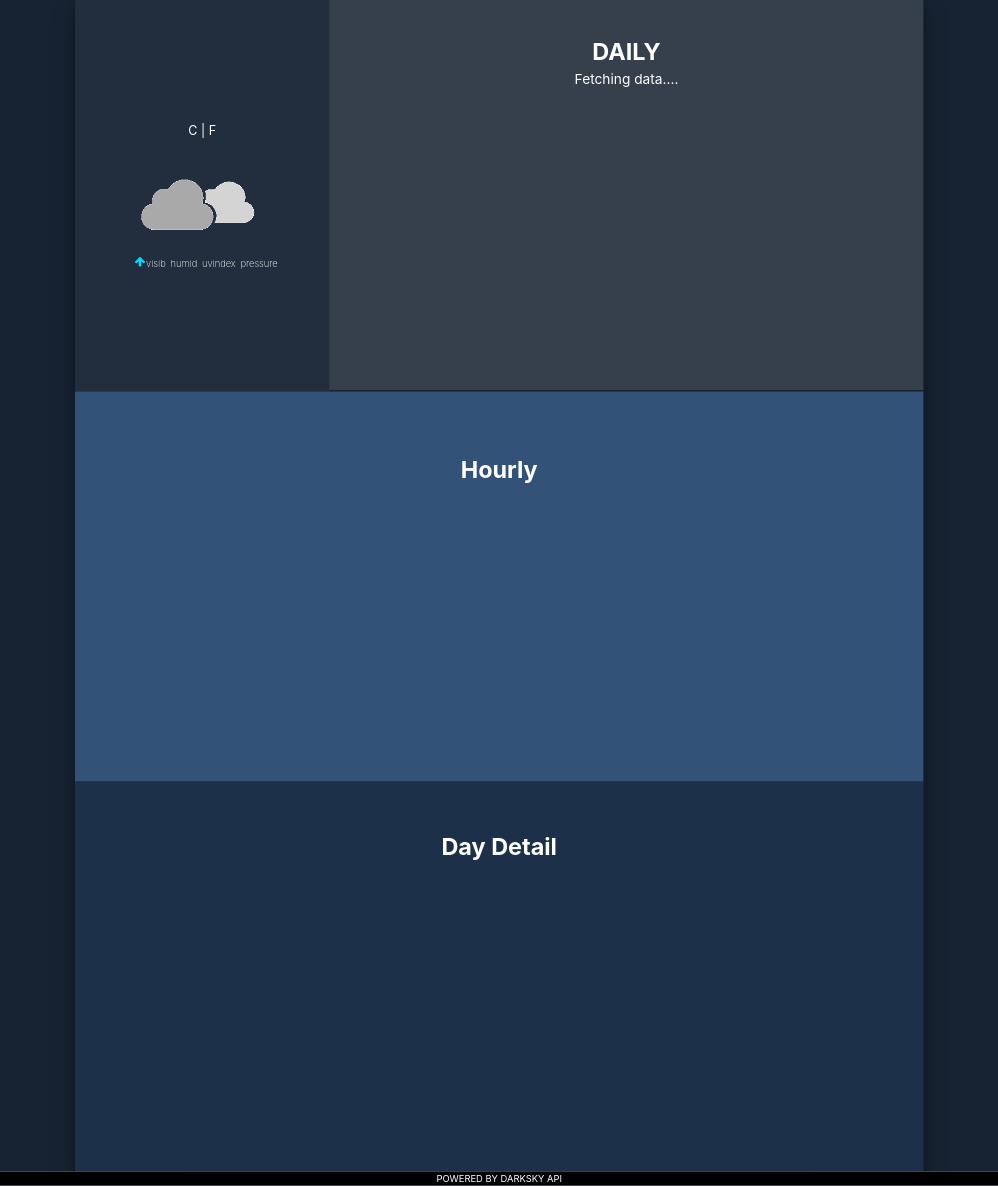
Repository: DOODpls/assignment3_weather
Page: index.html
These files come from the project's save history. The page is drawn as it stood at one moment and after the next save; the edit follows.
The browser window is 1280 px wide. The pictures show the whole page, at 78% of full size.
Some web fonts or font styles are not loaded; a fallback is used. Some web libraries are served in a nearby version.

Above is the page before, as saved 2020-01-07 19:20:52.

### index.html
<!DOCTYPE html>
<html lang="en">
    <head>
        <meta charset="UTF-8" />
        <meta name="viewport" content="width=device-width, initial-scale=1.0" />
        <meta http-equiv="X-UA-Compatible" content="ie=edge" />
        <script src="https://ajax.googleapis.com/ajax/libs/jquery/1/jquery.min.js" type="text/javascript"></script>
        <script src="https://ajax.googleapis.com/ajax/libs/jqueryui/1.10.3/jquery-ui.min.js"></script>
        <title>The Weathering</title>
        <link rel="shortcut icon" href="./icons/favicon.ico" />
        <link
            rel="stylesheet"
            href="https://cdnjs.cloudflare.com/ajax/libs/bulma/0.7.5/css/bulma.min.css"
            integrity="sha256-vK3UTo/8wHbaUn+dTQD0X6dzidqc5l7gczvH+Bnowwk="
            crossorigin="anonymous"
        />
        <link
            rel="stylesheet"
            href="https://cdnjs.cloudflare.com/ajax/libs/open-iconic/1.1.1/font/css/open-iconic.min.css"
            integrity="sha256-CfN2r6i/dqkUHVRqpBzO3w21SnIWalwGfj5ScBPVzmI="
            crossorigin="anonymous"
        />
        <link rel="stylesheet" href="styles.css" />
    </head>
    <body>
        <div class="page">
            <div class="main-container">
                <div class="today-container">
                    <div class="today-stage">
                      <form action="" method="post" name="form_citydetails" id="form_citydetails" enctype="multipart/form-data" onsubmit="return false;">
                        <input class="ff_elem city-text" type="text" name="ff_nm_from[]" value="" id="f_elem_city" placeholder="Type City" onkeydown="search(this)"/>
                        </form>
                      <div class="unitswitcher">
                        <div class="celcius" id='cell'>C</div>
                        <br>
                        <p>&nbsp;|&nbsp;</p>
                        <div class="farenheight" id="farr">F</div>
                      </div>
                        <div class="info-holder">
                          <div class="preload"></div>
                          <canvas id="icon0" width="150" height="150"></canvas>
                          <p class="city"></p>
                          <p class="today-temp"></p>
                          <p class="today-description"></p>
                          <p class="today-minmax"></p>
                          <div class="sub-info">
                          <p class="app-temp"></p>
                          <div class="wind-holder">
                            <p class="wind-speed"></p>
                            <div class="wind-direction"></div>
                          </div>
                          <p class="visibility">visib</p>
                          <p class="humidity">humid</p>
                          <p class="uvindex">uvindex</p>
                          <p class="pressure">pressure</p>
                          </div>
                        </div>
                    </div>
                </div>

                <div class="week-container">
                  <p class="daily-title">DAILY</p>
                  <p class="week-summary">Fetching data....</p>
                  <div class="week-stage" id="week-stages">
                  </div>
                </div>
                <div class="hourly-container">
                  <p class="daily-title">Hourly</p>
                  <div class="hourly-row"></div>
                </div>
                <div class="day-details">
                  <div class="titlebar">
                    <p class="daily-title">Day Detail</p>
                    <p class="day-summ"></p>
                  </div>
                  <div class="summary-flex">
                  <div class="melovesomeclouds">
                    <p class="habanero"></p> <!-- have to name it like this bc for some readon uvindex(whatever) wont work  -->
                    <p class="cloud-cover"></p>
                  </div>

                  <div class="sunny">
                    <p class="sunrise"></p>
                    <p class="sunset"></p>
                  </div>

                  <div class="airwater">
                    <p class="humidity2"></p>
                    <p class="dew-point"></p>
                  </div>

                  <div class="wind">
                    <p class="ave-windspeed"></p>
                    <p class="ave-windgust"></p>
                  </div>
                </div>
                </div>
            </div>
        </div>
        <footer class="foooterrr">
          <a href="https://darksky.net/dev">POWERED BY DARKSKY API</a>
        </footer>
        <script src="./skycons.js"></script>
        <script src="./app.js"></script>
    </body>
</html>

### styles.css

.page {
  display: flex;
  color: white;
  justify-content: center;
  flex-wrap: wrap;
  background-color: #172332;
  width: 100%;
  height: 100%;
  overflow: hidden;
}
.main-container {
  height: 100%;
  width: 85vw;
  overflow-y: hidden;
  box-sizing: content-box;
  display: flex;
  justify-content: flex-start;
  flex-wrap: wrap;
  box-shadow: 0 14px 28px rgba(0, 0, 0, 0.25), 0 10px 10px rgba(0, 0, 0, 0.22);
}
.today-container {
  flex: 30%;
  display: flex;
  height: 502px;
  background: #222e3e;
  justify-content: center;
  align-items: center;
  overflow: hidden;
}
.unitswitcher{
  color: white;
  display: flex;
  justify-content: center;
}
.celcius, .farenheight{
  text-decoration: none;
  color: white;
}
.celcius:hover, .farenheight:hover{
  color: rgb(161, 161, 161);
}
.ui-helper-hidden-accessible{
  visibility: hidden;
  position: absolute;
}


.ui-autocomplete {
  position: absolute;
  top: 100%;
  left: 0;
  z-index: 1000;
  float: left;
  display: none;
  min-width: 160px;
  padding: 4px 0;
  margin: 0 0 10px 25px;
  list-style: none;
  background-color: #36404d;
  border-color: #ccc;
  border-color: rgba(0, 0, 0, 0.2);
  border-style: solid;
  border-width: 1px;
  -webkit-border-radius: 5px;
  -moz-border-radius: 5px;
  border-radius: 5px;
  -webkit-box-shadow: 0 5px 10px rgba(0, 0, 0, 0.2);
  -moz-box-shadow: 0 5px 10px rgba(0, 0, 0, 0.2);
  box-shadow: 0 5px 10px rgba(0, 0, 0, 0.2);
  -webkit-background-clip: padding-box;
  -moz-background-clip: padding;
  background-clip: padding-box;
  *border-right-width: 2px;
  *border-bottom-width: 2px;
}

.ui-menu-item > a.ui-corner-all {
  display: block;
  padding: 3px 15px;
  clear: both;
  font-weight: normal;
  line-height: 18px;
  color: #ffffff;
  white-space: nowrap;
  text-decoration: none;
}

.ui-state-hover, .ui-state-active {
  color: #ffffff;
  text-decoration: none;
  background-color: #0088cc;
  border-radius: 0px;
  -webkit-border-radius: 0px;
  -moz-border-radius: 0px;
  background-image: none;
}


.preload{
  background-image: url(./preloader.gif);
  height: 170px;
  width: 170px;
  background-size: 170px;
  position: absolute;
  top: 0;
  display: none;
}
.today-stage {
    position: relative;
    /* background: rgba(0, 0, 0, 0.2); */
}
/* #icon1{
  background-image: url(./preloader.gif);
  background-size: 150px;
} */
.today-icon {
    font-size: 140px;
    opacity: 0.17;
}
.city{
  transition-duration: .5s;
}
.today-temp {
    font-weight: 900;
    font-size: 50px;
    transition-duration: .5s;
}

.info-holder{
  display: flex;
  flex-direction: column;
  justify-content: center;
  align-items: center;
  position: relative;
}
.city-text{
  border-radius: 0px;
  width: auto;
  height: 25px;
  font-family: Arial, Helvetica, sans-serif;
  font-size: 17px;
  color: #555;
  border: none;
  box-sizing: border-box;
  position: absolute;
  right: -350px;
  top: -22px;
}
.sub-info{
  display: flex;
  justify-content: space-around;
  flex-direction: row;
  flex-wrap: wrap;
  width: 200px;
  transition-duration: .5s;
}
.app-temp{
    font-weight: 200;
    font-size: 12px;
}
.visibility{
  font-weight: 200;
  font-size: 12px;
}
.humidity{
  font-weight: 200;
  font-size: 12px;
}
.uvindex{
  font-weight: 200;
  font-size: 12px;
}
.pressure{
  font-weight: 200;
  font-size: 12px;
}
.today-minmax {
    font-weight: 400;
    font-size: 18px;
    opacity: 0.4;
    left: 0;
    transition-duration: .5s;
}
.today-description {
    font-weight: 400;
    font-size: 18px;
    transition-duration: .5s;
}
.wind-holder{
  display: flex;
  flex-direction: row;
}
.wind-direction{
    background-image: url('./icons/general_icon/arrow-up.svg');
    height: 13px;
    width: 13px;
    background-size: 13px;
    position: relative;
    left: 5px;
    transition-duration: .5s;
}
.wind-speed{
    font-weight: 200;
    font-size: 12px;
}
.week-container {
    flex: 70%;
  height: 500px;
  width: auto;
  background-color: #36404d;
  display: flex;
  justify-content: center;
  flex-direction: column;
  align-items: center;
}
.week-summary{
  font-size: 1.1em;
  height: auto;
  width: auto;
  margin-left: 20px;
  margin-right: 20px;
  margin-bottom: 20px;
  transition-duration: .5s;
}
.week-stage {
  height: 320px;
  width: auto;
  display: flex;
  justify-content: space-between;

}


/* Track */
.week-day-container {
    height: auto;
    width: 100px;
    margin-left: 20px;
    margin-right: 20px;
    display: flex;
    flex-direction: column;
    justify-content: space-aroud;
    align-items: center;
    position: relative;
    transition-duration: .5s;
}
.week-day-container:hover{
  opacity: .5;
}
@media (max-width:1890px){
  .week-stage {
  width: 80vmin;
  overflow-x: scroll;
  overflow-y: hidden;
  }

}


.week-day-container p {
    font-weight: 400;
    font-size: 12px;
    color: white;
}

.week-day-container span {
    opacity: 0.17;
    font-size: 24px;
    margin: 0;
}
.hourly-container{
  height: 500px;
  width: 100%;
  background-color: #335277;
  display: flex;
  justify-content: center;
  flex-direction: column;
  align-items: center;
}
.hourly-row{
  display: flex;
  flex-direction: row;
  width: 1500px;
  overflow-x: scroll;
  overflow-y: hidden;
  height: 300px;
}

.hourly-cards{
  font-weight: 400;
    font-size: 12px;
    color: white;
    width: 150px;
    display: flex;
    flex-direction: column;
    justify-content: center;
    align-items: center;
    margin-left: 20px;
  margin-right: 20px;
  transition-duration: .5s;
}
.hourly-cards p{
  font-weight: 400;
    font-size: 12px;
    color: white;
}
.loopwind{
  width: auto;
  display: flex;
  flex-direction: row;
  align-items: center;
}
.arrow-rotator{
  background-image: url('./icons/general_icon/arrow-up.svg');
  height: 10px;
  width: 10px;
  background-size: 10px;
  position: relative;
  margin-right: 5px;
  transition-duration: .5s;
}

@media (max-width:1800px){
  .hourly-row{
    width: 80vw;
  }
}

/* width */
::-webkit-scrollbar {
  width: 10px;
  height: 10px;
  border-radius: 20px;
}

/* Track */
::-webkit-scrollbar-track {
  background: #f1f1f1;
  border-radius: 20px;
}

/* Handle */
::-webkit-scrollbar-thumb {
  background: #888;
  border-radius: 20px;
}

/* Handle on hover */
::-webkit-scrollbar-thumb:hover {
  background: #555;
}
.day-details{
  display: flex;
  justify-content: space-around;
  flex-direction: column;
  align-items: center;
  width: 100%;
  height: 500px;
  background-color: #1c3049;
}

.titlebar{
  display: flex;
  flex-direction: column;
  align-items: center;
  justify-content: center;
  align-content: space-between;
  height: 250px;
  margin-left: 10px;
  margin-right: 10px;
  text-align: center;
}
.daily-title{
  font-size: 30px;
  font-weight: bold;
}
.day-summ{
  font-size: 20px;
  position: relative;
  top: 30px;
}
.wind, .airwater, .sunny, .melovesomeclouds{
  font-size: 20px;
  font-weight: bold;
  width: 300px;
  transition-duration: .5s;
  text-align: center;
}
.summary-flex{
  display: flex;
  justify-content: space-around;
  align-items: center;
  flex-wrap: wrap;
  width: 800px;
  height: 500px;
  background-color: #1c3049;
  transition-duration: .5s;
}

@media (max-width: 950px){
  .summary-flex{
    width: 100%;
    margin-right: 5px;
    margin-left: 5px;
  }

}

@media (max-width:705px){
  .wind, .airwater, .sunny, .melovesomeclouds{
    font-size: 20px;
    font-weight: bold;
    display: flex;
    justify-content: center;
    flex-direction: column;
    align-items: center;
    margin-left: 10px;
    margin-right: 10px;
  }

  .main-container {
    width: 100%;
  }
  .week-container{
    flex: none;
    width: 100%;
  }
  .week-stage, .hourly-row{
    width: 90%;
  }
}
@media (max-width:260px){
  .city-text{
    width: 100%;
  }
}
.foooterrr{
  background-color: black;
  color: white;
  font-size: 12px;
  display: flex;
  justify-content: center;
  flex-direction: column;
  align-items: center;
}
a{
  text-decoration: none;
  color: white;
}

Loaded but not shown: skycons.js (726 lines, source omitted); app.js (331 lines, source omitted)

After the next save:
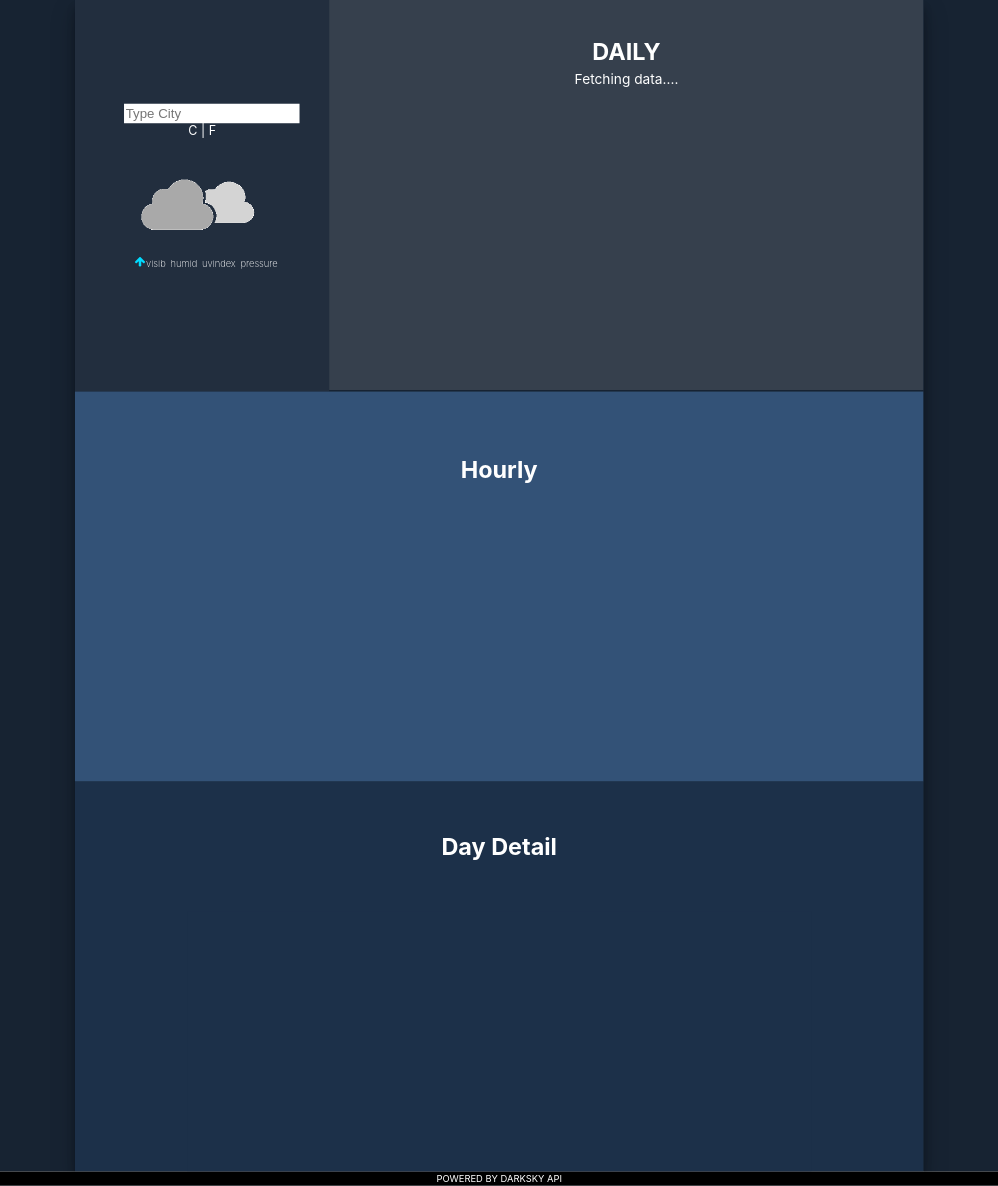
Saved 6 s later.
--- a/styles.css
+++ b/styles.css
@@ -144,7 +144,6 @@
   border: none;
   box-sizing: border-box;
   position: absolute;
-  right: -350px;
   top: -22px;
 }
 .sub-info{
